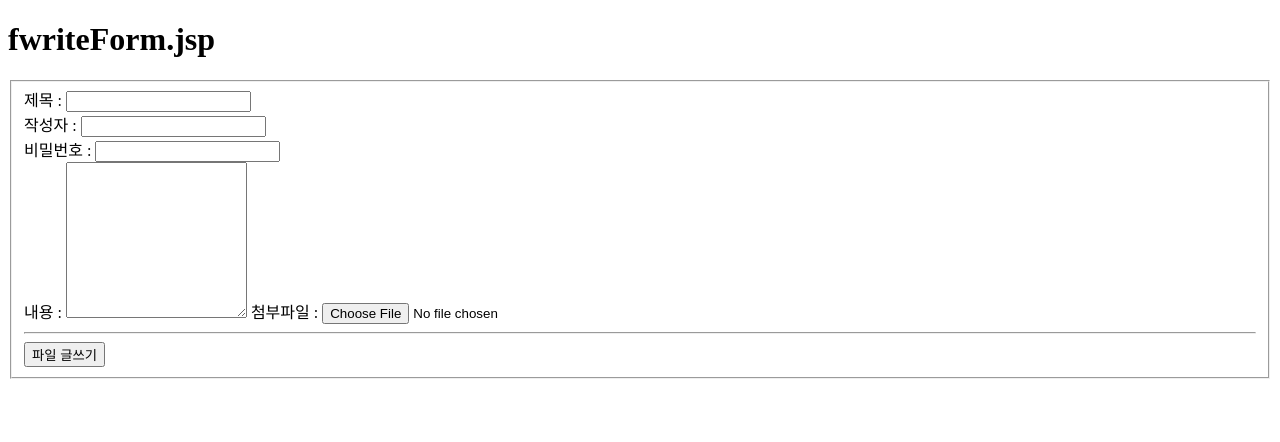
Repository: touslessoirs/jsp
Page: http://localhost/JSP_STUDY/STUDY_board/fwriteForm.jsp
An editor plug-in stored every save of this project. The page is shown before and after the next save, followed by the edit.
The browser window is 1280 px wide. The pictures show the whole page.
The page is served by Tomcat 9.

Above is the page before, as saved 2022-10-11 11:42:58.

After the next save:
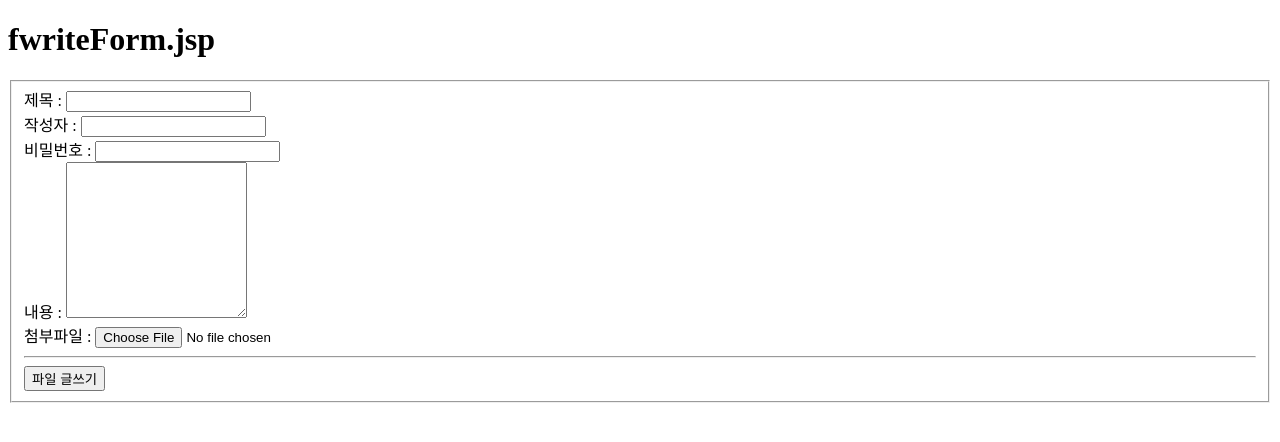
Saved 21 s later.
--- a/JSP_STUDY/src/main/webapp/STUDY_board/fwriteForm.jsp
+++ b/JSP_STUDY/src/main/webapp/STUDY_board/fwriteForm.jsp
@@ -14,7 +14,7 @@
 	        제목 : <input type="text" name="subject"><br>
 	        작성자 : <input type="text" name="name"><br>
 	        비밀번호 : <input type="password" name="pass"><br>
-	        내용 : <textarea rows="10" cols="20" name="content"></textarea>
+	        내용 : <textarea rows="10" cols="20" name="content"></textarea><br>
 	        첨부파일 : <input type="file" name="file">
 	        <hr>
 	        <input type="submit" value="파일 글쓰기">
